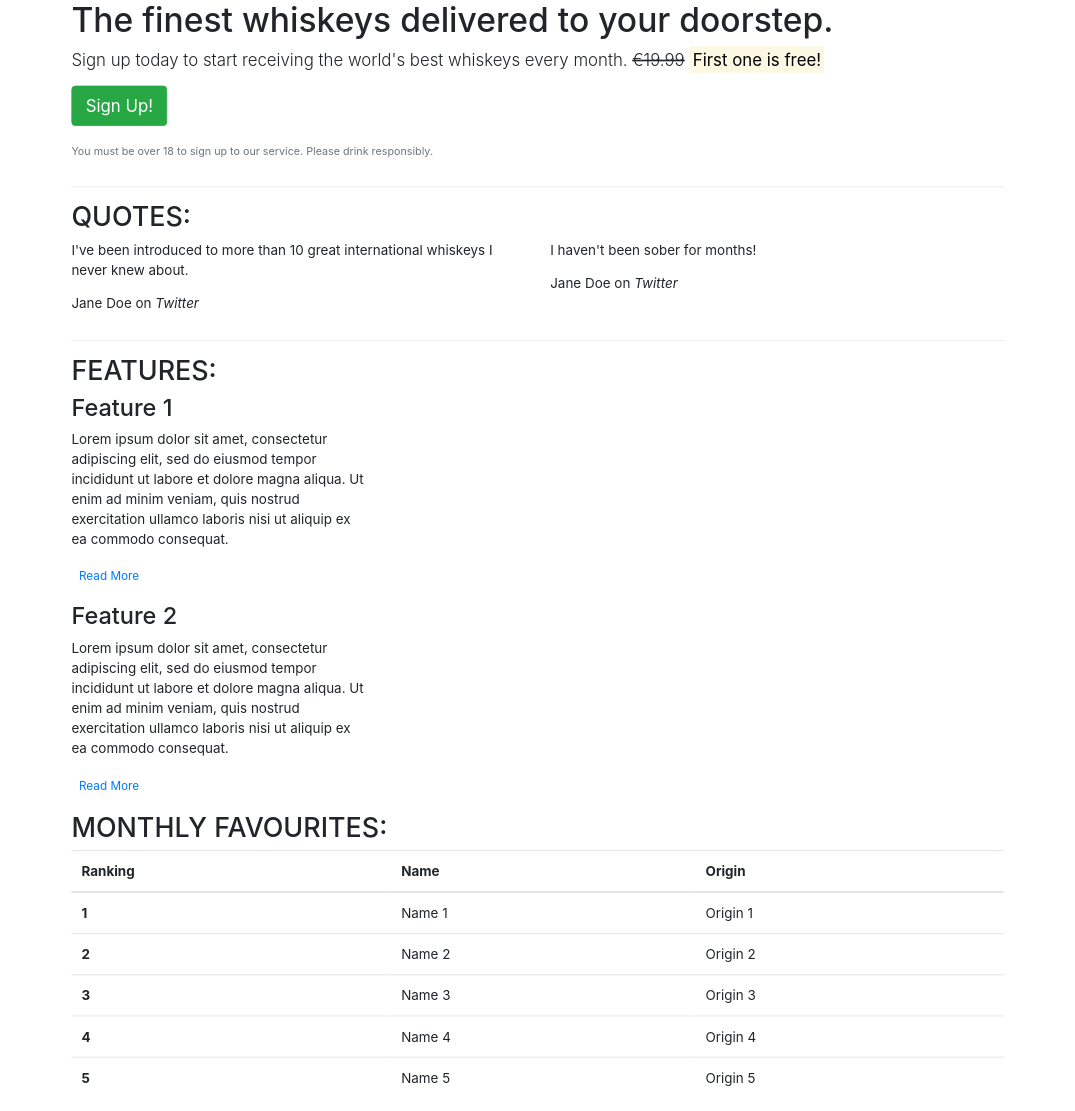
Repository: ElaineArchbold/bootstrap_landing_page1
Page: index.html
The author's editor kept a record of every edit. The page is drawn from the files as they stood at one moment, then again after the next edit.
The browser window is 1280 px wide. The pictures show the whole page, at 84% of full size.

Above is the page before.

### index.html
<!DOCTYPE html>
<html lang="en-us">

<head>
    <meta charset="utf-8">
    <meta name="viewport" content="width=device-width, initial-scale=1.0">
    <title>Whiskey Drop | Taste a new whiskey every month</title>
    <link rel="stylesheet" href="https://maxcdn.bootstrapcdn.com/bootstrap/4.1.3/css/bootstrap.min.css">
</head>

<body>
    <article class="container">
        <!-- Callout -->
        <div class="row">
            <div class="col-12">
                <section class="callout">
                    <h1>The finest whiskeys delivered to your doorstep.</h1>
                    <p class="lead">Sign up today to start receiving the world's best whiskeys every month. <s>€19.99</s> <strong><mark>First one is free!</mark></strong></p>
                    <p><button class="btn btn-lg btn-success">Sign Up!</button></p>
                    <p class="text-muted"><small>You must be over 18 to sign up to our service. Please drink responsibly.</small></p>
                </section>
            </div>
        </div>
        <!-- /.callout -->
        <hr>

        <!-- Quotes -->
        <section class="quotes">
            <div class="row">
                <div class="col-12">
                    <h2 class="text-uppercase">Quotes:</h2>
                </div>
            </div>
            <div class="row">
                <div class="col-12 col-md-6">
                    <!--this makes the quotes side by side on a medium screen-->
                    <blockquote class="quote">
                        <p>I've been introduced to more than 10 great international whiskeys I never knew about.</p>
                        <footer>Jane Doe on <cite title="Twitter">Twitter</cite></footer>
                    </blockquote>
                </div>
                <div class="col-12 col-md-6">
                    <blockquote class="quote">
                        <p>I haven't been sober for months!</p>
                        <footer>Jane Doe on <cite title="Twitter">Twitter</cite></footer>
                    </blockquote>
                </div>
            </div>
        </section>
        <!-- /.quotes -->
        <hr>

        <!-- Features -->
        <section class="features">
            <div class="row">
                <div class="col-12">
                    <h2 class="text-uppercase">Features:</h2>
                </div>
            </div>
            <div class="row">
                <div class="col-12 col-md-6 col-lg-4">
                    <!--the col-lg-4 will keep the features side by side but make them occupy a third of the row-->
                    <div class="feature">
                        <h3>Feature 1</h3>
                        <p>Lorem ipsum dolor sit amet, consectetur adipiscing elit, sed do eiusmod tempor incididunt ut labore et dolore magna aliqua. Ut enim ad minim veniam, quis nostrud exercitation ullamco laboris nisi ut aliquip ex ea commodo consequat.</p>
                        <p><a class="btn btn-sm btn-default" href="">Read More</a></p>
                    </div>
                </div>
                <div class="feature">
                    <div class="col-12 col-md-6 col-lg-4">
                        <h3>Feature 2</h3>
                        <p>Lorem ipsum dolor sit amet, consectetur adipiscing elit, sed do eiusmod tempor incididunt ut labore et dolore magna aliqua. Ut enim ad minim veniam, quis nostrud exercitation ullamco laboris nisi ut aliquip ex ea commodo consequat.</p>
                        <p><a class="btn btn-sm btn-default" href="">Read More</a></p>
                    </div>
                </div>
                <div class="feature">
                    <div class="col-12 d-md-none">
                        <!-- on a medium screen, this wont be displayed -->
                        <h3>Feature 3</h3>
                        <p>Lorem ipsum dolor sit amet, consectetur adipiscing elit, sed do eiusmod tempor incididunt ut labore et dolore magna aliqua. Ut enim ad minim veniam, quis nostrud exercitation ullamco laboris nisi ut aliquip ex ea commodo consequat.</p>
                        <p><a class="btn btn-sm btn-default" href="">Read More</a></p>
                    </div>
                </div>
            </div>
        </section>
        <!-- /.features -->

        <section class="monthly-favourites">

            <h2 class="text-uppercase">Monthly Favourites:</h2>
            <table class="table">
                <thead>
                    <tr>
                        <th scope="col">Ranking</th>
                        <th scope="col">Name</th>
                        <th scope="col">Origin</th>
                    </tr>
                </thead>
                <tbody>
                    <tr>
                        <th scope="row">1</th>
                        <td>Name 1</td>
                        <td>Origin 1</td>
                    </tr>
                    <tr>
                        <th scope="row">2</th>
                        <td>Name 2</td>
                        <td>Origin 2</td>
                    </tr>
                    <tr>
                        <th scope="row">3</th>
                        <td>Name 3</td>
                        <td>Origin 3</td>
                    </tr>
                    <tr>
                        <th scope="row">4</th>
                        <td>Name 4</td>
                        <td>Origin 4</td>
                    </tr>
                    <tr>
                        <th scope="row">5</th>
                        <td>Name 5</td>
                        <td>Origin 5</td>
                    </tr>
                </tbody>
            </table>

        </section>
    </article>
</body>

</html>

After the next edit:
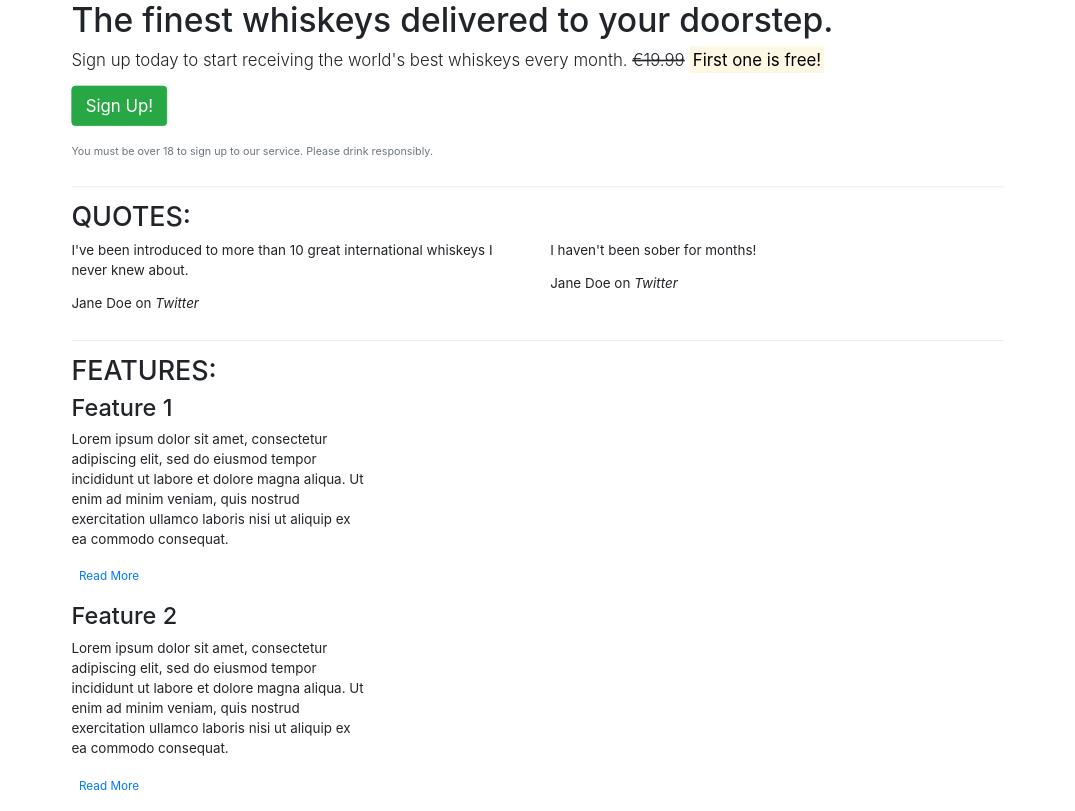
The edit:
--- a/index.html
+++ b/index.html
@@ -75,7 +75,8 @@
                 </div>
                 <div class="feature">
                     <div class="col-12 d-md-none">
-                        <!-- on a medium screen, this wont be displayed -->
+                        <!-- d-md-none on a medium screen, this wont be displayed -->
+                        <!--
                         <h3>Feature 3</h3>
                         <p>Lorem ipsum dolor sit amet, consectetur adipiscing elit, sed do eiusmod tempor incididunt ut labore et dolore magna aliqua. Ut enim ad minim veniam, quis nostrud exercitation ullamco laboris nisi ut aliquip ex ea commodo consequat.</p>
                         <p><a class="btn btn-sm btn-default" href="">Read More</a></p>
